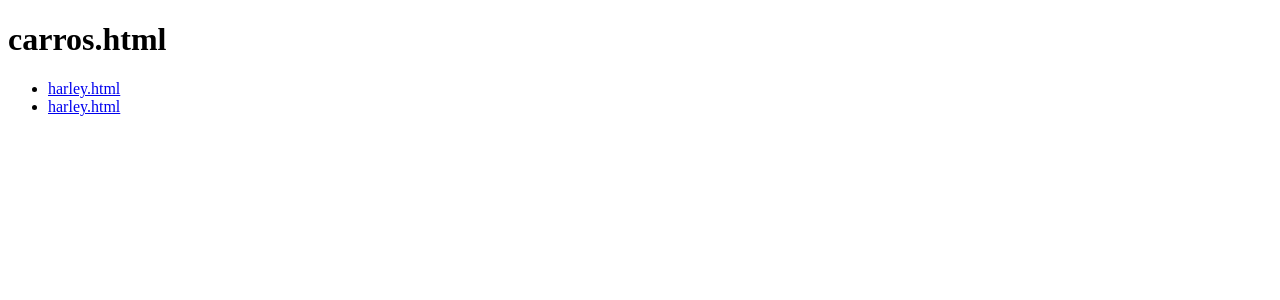
Repository: joao-laercio/DevWeb_BackEnd
Page: index.html/motos.html/motos.html
These files come from the project's save history. The page is drawn as it stood at one moment and after a run of saves; the edit follows.
The browser window is 1280 px wide. The pictures show the whole page.

Above is the page before, as saved 2022-07-06 15:32:30.

### index.html/motos.html/motos.html
<!DOCTYPE html>
<html>
    <head>
        <meta charset="utf-8">
        <title>carros.html</title>
    </head>
    <body>
        <h1>carros.html</h1>

         <div>
              <strong> </strong>
         </div>
         <p>

         </p>
         <blockquote></blockquote>
         <span> <em> </em></span>
         <ul>
             <li><a href="harley.html/harley.html">harley.html</a></li>
             <li><a href="honda.html/">harley.html</a></li>

         </ul>

         <a href="quesomos.html"></a>
         <img src=""
     </body>
</html>

After the next 2 saves:
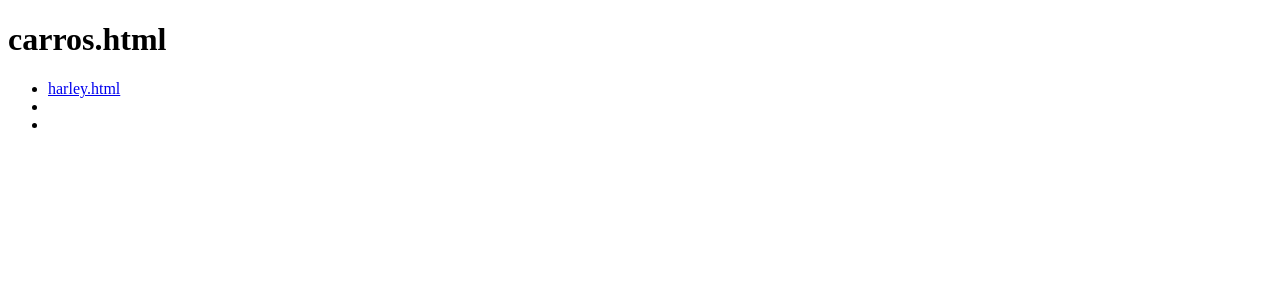
The 2 saves are shown as one change because they came seconds apart.
The last was saved 11 s later.
--- a/index.html/motos.html/motos.html
+++ b/index.html/motos.html/motos.html
@@ -17,7 +17,8 @@
          <span> <em> </em></span>
          <ul>
              <li><a href="harley.html/harley.html">harley.html</a></li>
-             <li><a href="honda.html/">harley.html</a></li>
+             <li><a href="honda.html/"></a></li>
+             <li><a href="honda.html/"></a></li>
 
          </ul>
 
